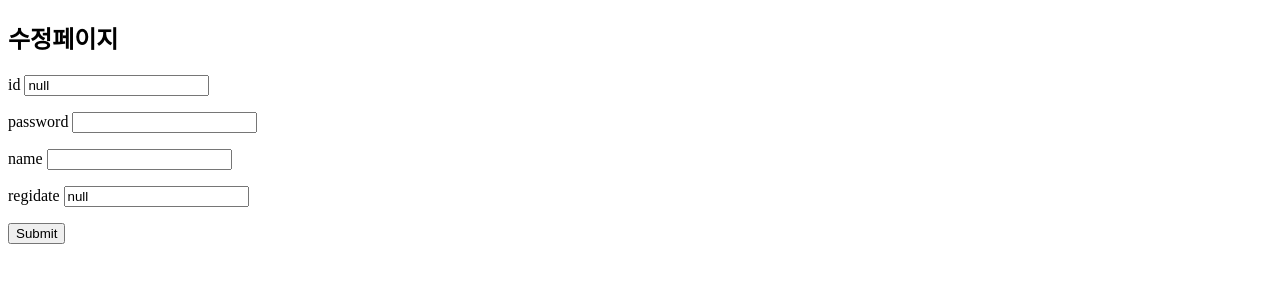
Repository: design-view/jspstudy
Page: http://localhost/GreenJsp/04jdbc/memberedit.jsp
The author's editor kept a copy of each file at every save. The page is drawn from the files as they stood at one save, then again after the next save.
The browser window is 1280 px wide. The pictures show the whole page.
The page is served by Tomcat 9. Other server files are loaded and not shown. Queries for data that is not in the repository find no rows.

Above is the page before, as saved 2024-01-12 06:20:24.

### GreenJsp/src/main/webapp/04jdbc/memberedit.jsp
<%@page import="java.util.Date"%>
<%@page import="java.sql.ResultSet"%>
<%@page import="java.sql.PreparedStatement"%>
<%@page import="common.JDBCConnect"%>
<%@ page language="java" contentType="text/html; charset=UTF-8"
    pageEncoding="UTF-8"%>
<!DOCTYPE html>
<html>
<head>
<meta charset="UTF-8">
<title>Insert title here</title>
</head>
<body>
	<%
		String id=request.getParameter("id");
		JDBCConnect jdbc = new JDBCConnect();
		String query = "select * from member where id=?";
		PreparedStatement psmt = jdbc.con.prepareStatement(query);
		psmt.setString(1, id);
		ResultSet rs=psmt.executeQuery();
		String pass="";
		String name2="";
		Date date=null;
		if(rs.next()){
				pass = rs.getString("pass");
				name2 = rs.getString("name");
				date = rs.getDate("regidate");
		}
	%>
	<h2>수정페이지</h2>
	<form method="post" action="memberupdate_process.jsp">
		<p>id <input type="text" name="id" value="<%=id%>" /></p>
		<p>password <input type="text" name="pw" value="<%=pass%>" /></p>
		<p>name <input type="text" name="username" value="<%=name2%>"  /></p>
		<p>regidate <input type="text" name="regidate" value="<%=date%>" /></p>
		<p><input type="submit" /></p>
	</form>
</body>
</html>

### GreenJsp/src/main/java/common/JDBCConnect.java
package common;

import java.sql.Connection;
import java.sql.DriverManager;
import java.sql.PreparedStatement;
import java.sql.ResultSet;
import java.sql.SQLException;
import java.sql.Statement;

import javax.servlet.ServletContext;

public class JDBCConnect {
	//데이터베이스연결
	public Connection con;
	//정적 쿼리문을 실행할때 사용
	public Statement stmt;
	//동적 쿼리문을 실행할때 사용
	public PreparedStatement psmt;
	//select 쿼리문의 결과를 저장
	public ResultSet rs;

	//기본생성자
	public JDBCConnect() {
		try {
			//JDBC드라이버 로드
			Class.forName("oracle.jdbc.OracleDriver");
			//오라클 경로  jdbc:oracle:thin ---> 오라클 프로토콜
			//http://naver.com   jdbc:oracle:thin:@localhost:1521:xe
			String url = "jdbc:oracle:thin:@localhost:1521:xe";
			String id = "greenjsp";
			String pw = "green1234";
			con = DriverManager.getConnection(url,id,pw);
			System.out.println("JDBC 컨넥션 생성");
		} catch (Exception e) {
			// TODO Auto-generated catch block
			e.printStackTrace();
		}
	}
	//생성자 오버로딩
	public JDBCConnect(String driver, String url, String id, String pw) {

			try {
				//JDBC 드라이버 로드
				Class.forName(driver);
				//DB연결
				con = DriverManager.getConnection(url,id,pw);
				System.out.println("2번째 생성자로 생성");
			} catch (Exception e) {
				// TODO Auto-generated catch block
				e.printStackTrace();
			}


	}


	//생성자3
	public JDBCConnect(ServletContext application) {
		try {
			String driver = application.getInitParameter("OracleDriver");
			String url = application.getInitParameter("OracleURL");
			String id = application.getInitParameter("OracleId");
			String pw = application.getInitParameter("OraclePwd");
			//JDBC 드라이버 로드
			Class.forName(driver);
			//DB연결
			con = DriverManager.getConnection(url,id,pw);
			System.out.println("2번째 생성자로 생성");
		} catch (Exception e) {
			// TODO Auto-generated catch block
			e.printStackTrace();
		}
	}
	//연결해지
	public void close() {
			try {
				if(rs != null) rs.close();
				if(stmt != null) stmt.close();
				if(psmt != null) psmt.close();
				if(con != null) con.close();
				System.out.println("자원해지");
			} catch (SQLException e) {
				// TODO Auto-generated catch block
				e.printStackTrace();
			}
	}

}

After the next save:
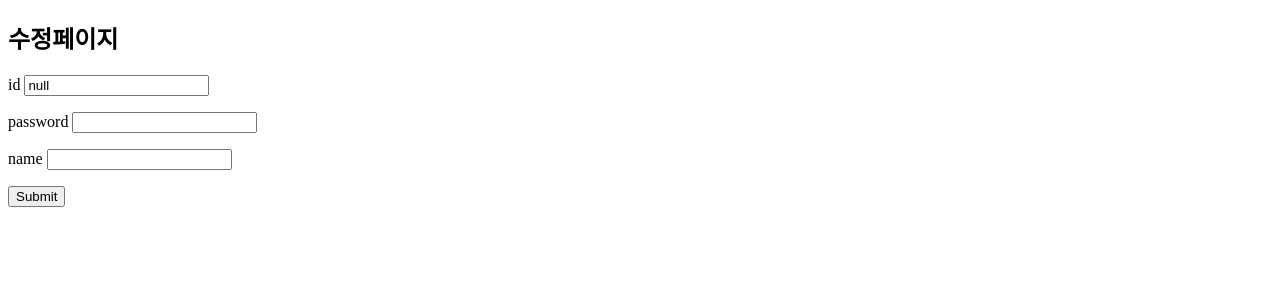
Saved 2 h 4 min later.
--- a/GreenJsp/src/main/webapp/04jdbc/memberedit.jsp
+++ b/GreenJsp/src/main/webapp/04jdbc/memberedit.jsp
@@ -32,7 +32,6 @@
 		<p>id <input type="text" name="id" value="<%=id%>" /></p>
 		<p>password <input type="text" name="pw" value="<%=pass%>" /></p>
 		<p>name <input type="text" name="username" value="<%=name2%>"  /></p>
-		<p>regidate <input type="text" name="regidate" value="<%=date%>" /></p>
 		<p><input type="submit" /></p>
 	</form>
 </body>
